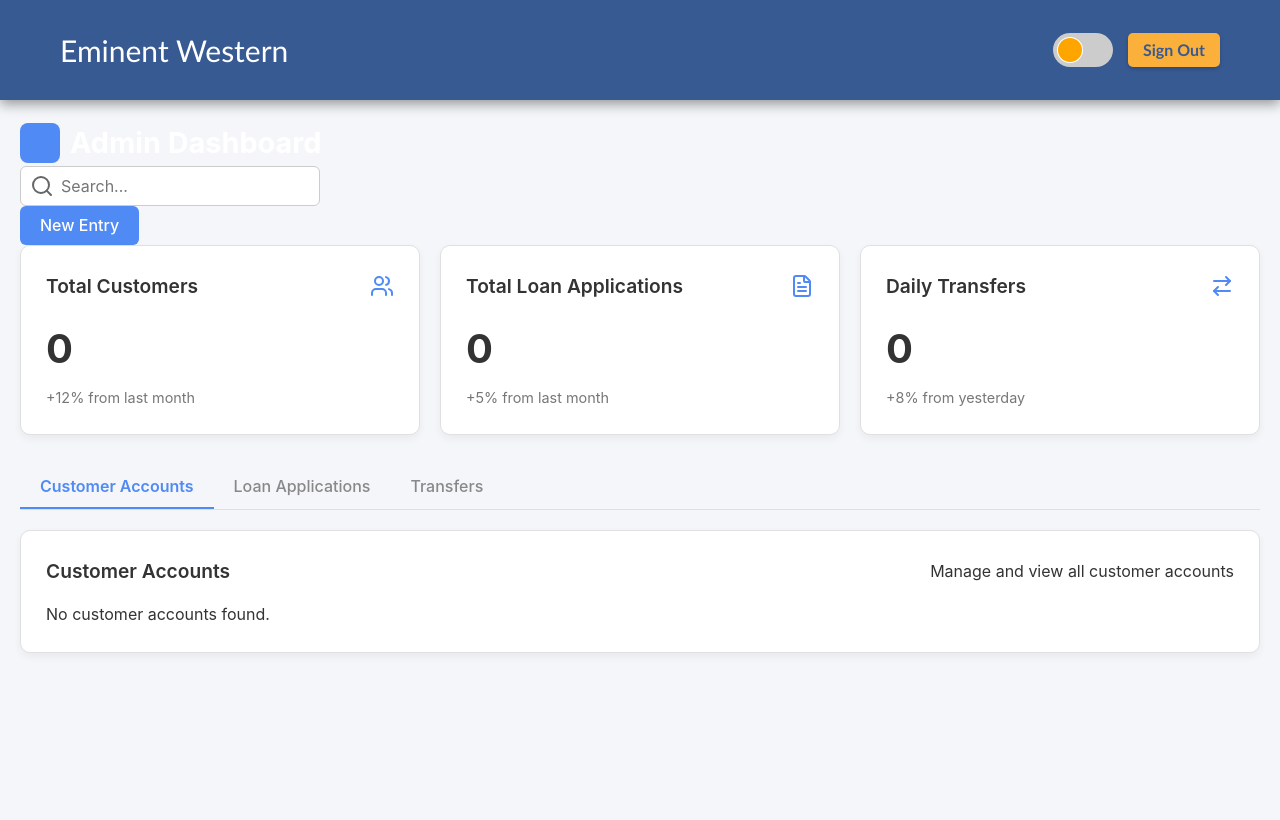
Repository: Kong-fish/FYP_repo
Page: /admin-dashboard (app in fyp_web/)
These files come from the project's save history. The page is drawn as it stood at one moment and after the next save; the edit follows.
The browser window is 1280 px wide. The pictures show the whole page.
The page's requests for data from a server got no answer. The project was rebuilt for these pictures with package versions that can differ from the ones it lists, and the page was loaded fresh each time. No one was signed in, and anything a server would have sent is missing. Also part of the build but not shown: fyp_web/src/Landing/Landing.tsx, fyp_web/src/Landing/Register.css, fyp_web/src/Landing/Register.tsx, fyp_web/src/Landing/Login.tsx, fyp_web/src/Landing/Forgot_Password.tsx, fyp_web/src/Cust_Function/Cust_Pass_Ver.tsx, fyp_web/src/Dashboard/Customer_Dashboard.tsx, fyp_web/src/Admin_Function/ReviewLoan.tsx and 14 more.

Above is the page before, as saved 2025-06-26 16:29:53.

After the next save:
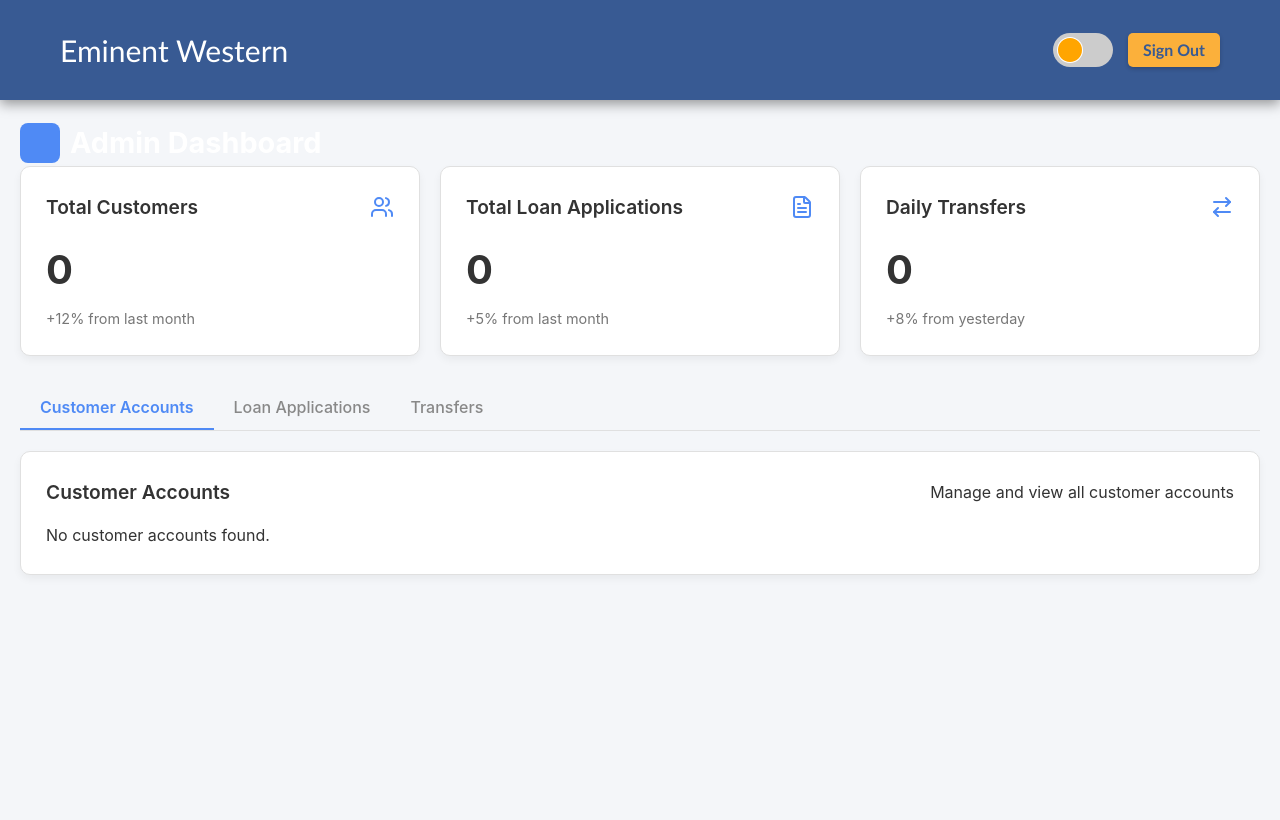
Saved 2 min 13 s later.
--- a/fyp_web/src/Dashboard/Admin_Dashboard.tsx
+++ b/fyp_web/src/Dashboard/Admin_Dashboard.tsx
@@ -281,7 +281,7 @@ export default function AdminDashboard() {
                 <h1 className="admin-smt-brand-title">Admin Dashboard</h1>
               </div>
             </div>
-            <div className="admin-smt-header-right">
+            {/* <div className="admin-smt-header-right">
               <div className="admin-smt-search-container">
                 <Search className="admin-smt-search-icon" />
                 <input
@@ -293,7 +293,7 @@ export default function AdminDashboard() {
                 />
               </div>
               <button className="admin-smt-btn admin-smt-btn-primary">New Entry</button>
-            </div>
+            </div> */}
           </div>
         </header>
 
